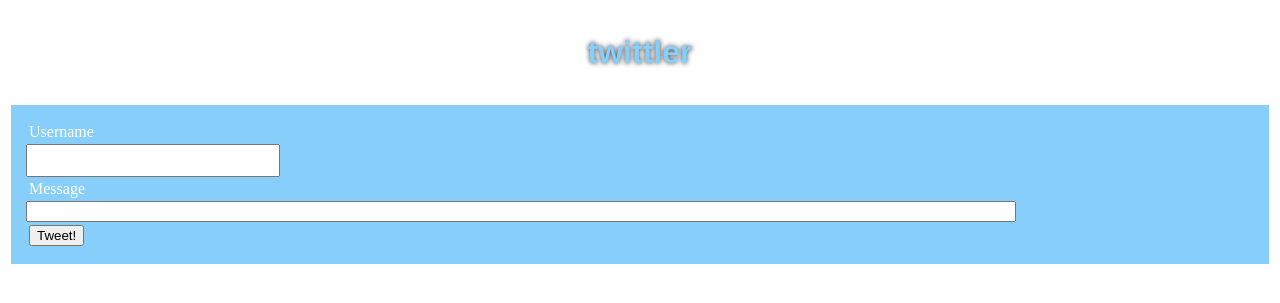
Repository: rlatlswo135/my_workstation
Page: im-sprint-twittler-master/index.html
The author's editor kept a copy of each file at every save. The page is drawn from the files as they stood at one save, then again after the next save.
The browser window is 1280 px wide. The pictures show the whole page.

Above is the page before, as saved 2021-05-27 14:47:20.
Console error: TypeError: Cannot set properties of null (setting 'innerHTML')

After the next save:
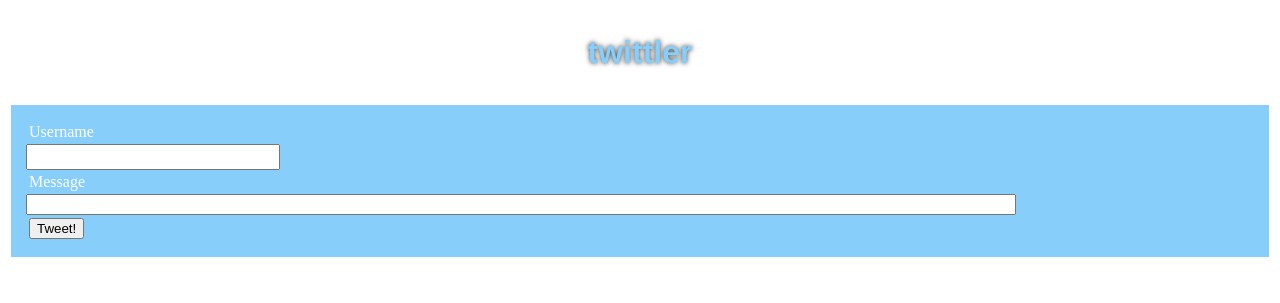
Saved 31 s later.
--- a/im-sprint-twittler-master/main.css
+++ b/im-sprint-twittler-master/main.css
@@ -22,10 +22,9 @@
 div {
   margin: 3px;
 }
-
 .UsernameBox {
   width: 20%;
-  height: 2em;
+  height: 1.5em;
 }
 .MessageBox {
   width: 80%;
